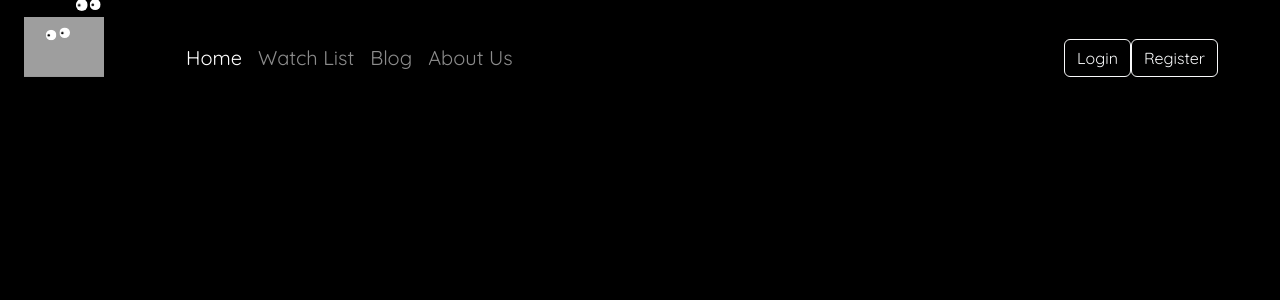
Repository: dangnguyenblackie/Movie-Review-Site
Page: / (app in movie-app/)
The author's editor kept a copy of each file at every save. The page is drawn from the files as they stood at one save, then again after a run of saves.
The browser window is 1280 px wide. The pictures show the whole page.
Pictures or frames that could not be fetched are drawn as grey boxes. The page's requests for data from a server got no answer. The project was rebuilt for these pictures with package versions that can differ from the ones it lists, and the page was loaded fresh each time. No one was signed in, and anything a server would have sent is missing. Also part of the build but not shown: movie-app/vite.config.ts, movie-app/src/components/header/Header.css.

Above is the page before, as saved 2023-08-12 22:04:14.

### movie-app/index.html
<!doctype html>
<html lang="en">
  <head>
    <meta charset="UTF-8" />
    <link rel="icon" type="image/svg+xml" href="/vite.svg" />
    <meta name="viewport" content="width=device-width, initial-scale=1.0" />
    <title>Movie</title>
  </head>
  <body>
    <div id="root"></div>
    <script type="module" src="/src/main.tsx"></script>
  </body>
</html>

### movie-app/src/main.tsx
import React from 'react'
import ReactDOM from 'react-dom/client'
import App from './App.tsx'
import './index.css'
import 'bootstrap/dist/css/bootstrap.css'
import './App.css'
import { BrowserRouter, Route, Routes } from 'react-router-dom'

ReactDOM.createRoot(document.getElementById('root')!).render(
  <React.StrictMode>
    <BrowserRouter>
      <Routes>
        <Route path='/*' element={<App />} />
      </Routes>
    </BrowserRouter>
  </React.StrictMode>,
)

### movie-app/src/App.tsx
import { Route, Routes } from "react-router-dom";
import Layout from "./components/Layout";
import Home from "./components/home/Home.jsx";
import { useEffect, useState } from "react";
import api from "./api/axiosConfig";
import "./App.css"
import Header from "./components/header/Header.tsx";
const App = () => {

  const [movies, setMovies] = useState();
  const getMovies = async () => {
    try {
      const response = await api.get("/api/v1/movies");
      setMovies(response.data);
    } catch (error) {
      console.log(error);
    }
  };

  useEffect(() => {
    getMovies();
  }, []);

  return (
    <div className="App">
      <Header />
        <Routes>
          <Route path="/" element={<Layout />}>

            <Route path="/" element={<Home movies={movies}/>} />
          </Route>
        </Routes>
    </div>

  );
};

export default App;

### movie-app/src/index.css
/* :root {
  font-family: Inter, system-ui, Avenir, Helvetica, Arial, sans-serif;
  line-height: 1.5;
  font-weight: 400;

  color-scheme: light dark;
  color: rgba(255, 255, 255, 0.87);
  background-color: #242424;

  font-synthesis: none;
  text-rendering: optimizeLegibility;
  -webkit-font-smoothing: antialiased;
  -moz-osx-font-smoothing: grayscale;
  -webkit-text-size-adjust: 100%;
} */

a {
  font-weight: 500;
  color: #646cff;
  text-decoration: inherit;
}
a:hover {
  color: #535bf2;
}


h1 {
  font-size: 3.2em;
  line-height: 1.1;
}

button {
  border-radius: 8px;
  border: 1px solid transparent;
  padding: 0.6em 1.2em;
  font-size: 1em;
  font-weight: 500;
  font-family: inherit;
  background-color: #1a1a1a;
  cursor: pointer;
  transition: border-color 0.25s;
}
button:hover {
  border-color: #646cff;
}
button:focus,
button:focus-visible {
  outline: 4px auto -webkit-focus-ring-color;
}

@media (prefers-color-scheme: light) {
  :root {
    color: #213547;
    background-color: #ffffff;
  }
  a:hover {
    color: #747bff;
  }
  button {
    background-color: #f9f9f9;
  }
}

### movie-app/src/App.css
@import url('https://fonts.googleapis.com/css2?family=Quicksand&display=swap');

*{
  box-sizing: border-box;
  font-family: 'Quicksand', Arial, Helvetica, sans-serif;
}
body{
  padding:0;
  margin:0;
}
.App{
  display: flex;
  flex-direction: column;
  min-height: 100vh;
  background-color: black;
  color:white;
  /* margin-top:10px; */
}

### movie-app/src/components/Layout.tsx
import { Outlet } from "react-router-dom";

const Layout = () => {
  return (
    <main>
      <Outlet />
    </main>
  );
};

export default Layout;

### movie-app/src/components/home/Home.jsx
import Slide from '../slide/Slide'

const Home = ({ movies }) => {
  return (
    <Slide movies={movies} ></Slide>
  )
}

export default Home

### movie-app/src/api/axiosConfig.tsx
import axios from 'axios'

export default axios.create({
    baseURL: "http://localhost:12000/",
    timeout: 1000
})

### movie-app/src/components/header/Header.tsx
import { Container, Nav, Navbar } from "react-bootstrap";
import { NavLink } from "react-router-dom";
import Morty from "../morty/Morty";
import "./Header.css";

const Header = () => {
  return (
    <Navbar
      bg="black"
      variant="dark"
      expand="lg"
    >
      <Container fluid>
        <Navbar.Brand href="/" style={{ height: "100px", width: "100px" }}>
          <Morty />
        </Navbar.Brand>
        <Navbar.Toggle aria-controls="navbarScroll" />
        <Navbar.Collapse id="navbarScroll">
          <Nav
            className="me-auto my-2 my-lg-0"
            style={{ maxHeight: "100px", fontSize: "20px", margin: "0px 50px" }}
            navbarScroll
          >
            <NavLink className="nav-link" to="/">
              Home
            </NavLink>
            <NavLink className="nav-link" to="/watchlist">
              Watch List
            </NavLink>
            <NavLink className="nav-link" to="/blog">
              Blog
            </NavLink>
            <NavLink className="nav-link" to="/about">
              About Us
            </NavLink>
          </Nav>
          <div className="auth-buttons" style={{margin: "0px 50px" }}>
            <button type="button" className="btn btn-outline-light">
              Login
            </button>
            <button type="button" className="btn btn-outline-light">
              Register
            </button>
          </div>
        </Navbar.Collapse>
      </Container>
    </Navbar>
  );
};

export default Header;

### movie-app/src/components/slide/Slide.jsx
import "./Slide.css";
import Carousel from "react-material-ui-carousel";
import { Paper } from "@mui/material";

const Slide = ({ movies }) => {
  return (
    <div className="movie-carousel-container">
      <Carousel>
        {
          movies?.map((movie) => {
            return (
              <Paper>
                <div className="movie-card-container">
                  <div className="movie-card" style={{"--img": `url(${movie.backdrops[0]})`}}>
                    <div className="movie-detail">
                      <div className="movie-poster">
                        <img src={movie.poster} />
                      </div>
                      <div className="movie-title">
                        <h4>{movie.title}</h4>
                      </div>
                    </div>
                  </div>
                </div>
              </Paper>
            );
          })
        }
      </Carousel>
    </div>
  );
};

export default Slide;

### movie-app/src/components/morty/Morty.tsx
import morty from "../../assets/morty.png";
import eye from "../../assets/eye.png";
import { useEffect, useRef, useState } from "react";
import "./Morty.css";
import angle from "./Utils";

const Morty = () => {
  const [coords, setCoords] = useState({ x: 0, y: 0, deg: 0 });
  const anchorRef = useRef<HTMLImageElement>(null);

  var rekt;
  var anchorX: number;
  var anchorY: number;

  useEffect(() => {
    if (anchorRef.current) {
      rekt = anchorRef.current.getBoundingClientRect();
      anchorX = rekt.left + rekt.width / 2;
      anchorY = rekt.top + rekt.height / 2;
    }

    const handleWindowMouseMove = (event: MouseEvent) => {
      setCoords({
        x: event.clientX,
        y: event.clientY,
        deg: 0 + angle(event.clientX, event.clientY, anchorX, anchorY),
      });
    };

    window.addEventListener("mousemove", handleWindowMouseMove);

    return () => {
      window.removeEventListener("mousemove", handleWindowMouseMove);
    };
  }, []);

  return (
    <>
      <div id="rick-and-morty-container">
        <img ref={anchorRef} id="rick-and-morty-anchor" src={morty} />
        <div id="rick-and-morty-eyes">
          <img
            className="rick-and-morty-eye"
            src={eye}
            style={{
              top: "58px",
              right: "-142px",
              transform: `rotate(${coords.deg}deg)`,
            }}
          />
          <img
            className="rick-and-morty-eye"
            src={eye}
            style={{
              top: "47px",
              right: "-208px",
              transform: `rotate(${coords.deg}deg)`,
            }}
          />
          <img
            className="rick-and-morty-eye"
            src={eye}
            style={{
              top: "-88px",
              right: "-291px",
              scale: "115%",
              transform: `rotate(${coords.deg}deg)`,
            }}
          />
          <img
            className="rick-and-morty-eye"
            src={eye}
            style={{
              top: "-90px",
              right: "-356px",
              scale: "106%",
              transform: `rotate(${coords.deg}deg)`,
            }}
          />
        </div>
      </div>
    </>
  );
};

export default Morty;

### movie-app/src/components/slide/Slide.css
.movie-carousel-container{
    width: 100vw;
    background-color: #000;
}

.movie-poster{
    height: 300px;
    border: 0.5px solid rgba(255,255,255,0.5);
    border-radius: 5%;
    overflow: hidden;
}

.movie-poster > img{
    height: 100%;
    width: 100%;

}

.movie-card-container{
    height: 550px;
    background-color: #000;
}

.movie-card{
    background-repeat: no-repeat;
    width: 100%;
    height: 100%;
    background-size: cover;
    background-image: linear-gradient(to bottom, rgba(0,0,0,0), rgba(0,0,0,1)), var(--img
);
}

.movie-detail{
    position: absolute;
    top: 200px;
    display: flex;
    justify-content: space-evenly;
    width: 100%;

}

.movie-title{
    color: #fff;
    display: flex;
    align-items: center;
}

### movie-app/src/components/morty/Morty.css

#rick-and-morty-container{
    display: grid;
    place-items: center;
    position: relative;
    scale: 20%;
}


#rick-and-morty-eyes, #rick-and-morty-eyes img{
    position: absolute;
    border:1px rgba(255, 255, 255, 0);
    border-radius: 50%;
    scale: 103%;
}

#rick-and-morty-container{
    scale: 20%;
    max-height: 11%;
    max-width: 30%;
}

/* @media only screen and (max-width: 400px) {
    #rick-and-morty-container {
      display: none;
    }
  } */

### movie-app/src/components/morty/Utils.ts
export default function angle(
  cx: number,
  cy: number,
  ex: number,
  ey: number
): number {
  const ax = ex - cx;
  const ay = ey - cy;

  const rad = Math.atan2(ay, ax);
  const degree = (rad * 180) / Math.PI;

  return degree;
}

After the next 2 saves:
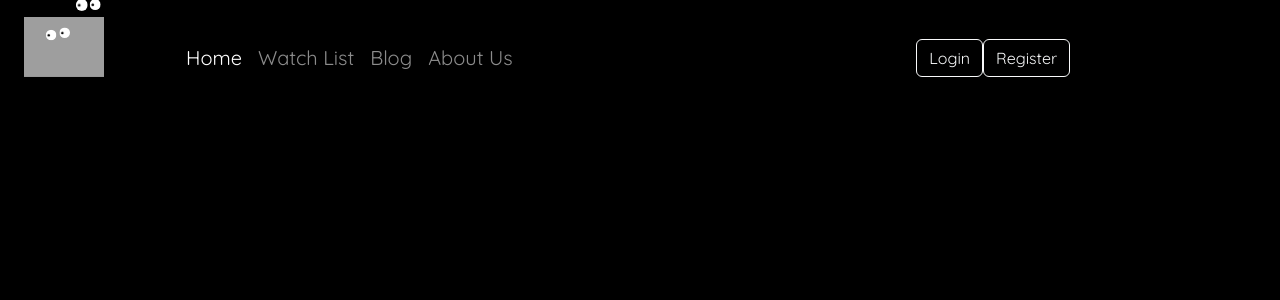
The 2 saves are shown as one change because 1 did not build or start.
The last was saved 2 min 3 s later.
--- a/movie-app/src/components/header/Header.tsx
+++ b/movie-app/src/components/header/Header.tsx
@@ -34,7 +34,9 @@
               About Us
             </NavLink>
           </Nav>
-          <div className="auth-buttons" style={{margin: "0px 50px" }}>
+          <div className="auth-buttons" style={{display: "flex",
+  justifyContent: "space-between",
+  margin: "0 auto"}}>
             <button type="button" className="btn btn-outline-light">
               Login
             </button>

After the 2 saves that followed:
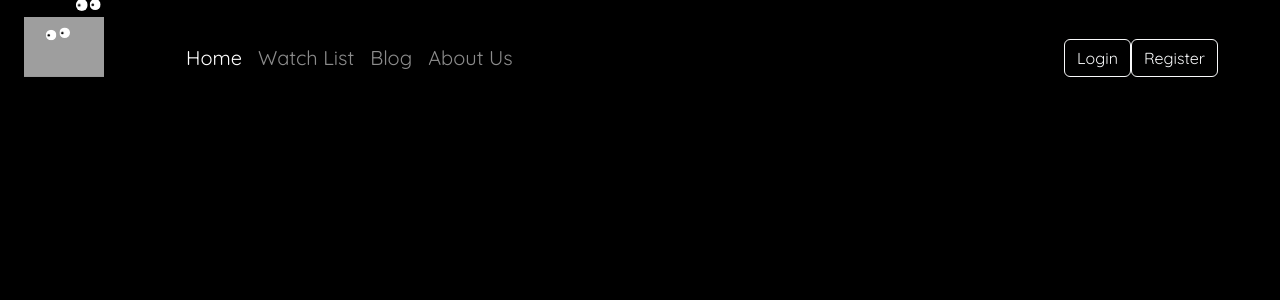
The 2 saves are shown as one change because 1 left the picture as it was.
The last was saved 19 s later.
--- a/movie-app/src/components/header/Header.tsx
+++ b/movie-app/src/components/header/Header.tsx
@@ -5,11 +5,7 @@
 
 const Header = () => {
   return (
-    <Navbar
-      bg="black"
-      variant="dark"
-      expand="lg"
-    >
+    <Navbar bg="black" variant="dark" expand="lg">
       <Container fluid>
         <Navbar.Brand href="/" style={{ height: "100px", width: "100px" }}>
           <Morty />
@@ -34,9 +30,14 @@
               About Us
             </NavLink>
           </Nav>
-          <div className="auth-buttons" style={{display: "flex",
-  justifyContent: "space-between",
-  margin: "0 auto"}}>
+          <div
+            className="auth-buttons"
+            style={{
+              display: "flex",
+              justifyContent: "space-between",
+              margin: "0 50px",
+            }}
+          >
             <button type="button" className="btn btn-outline-light">
               Login
             </button>
